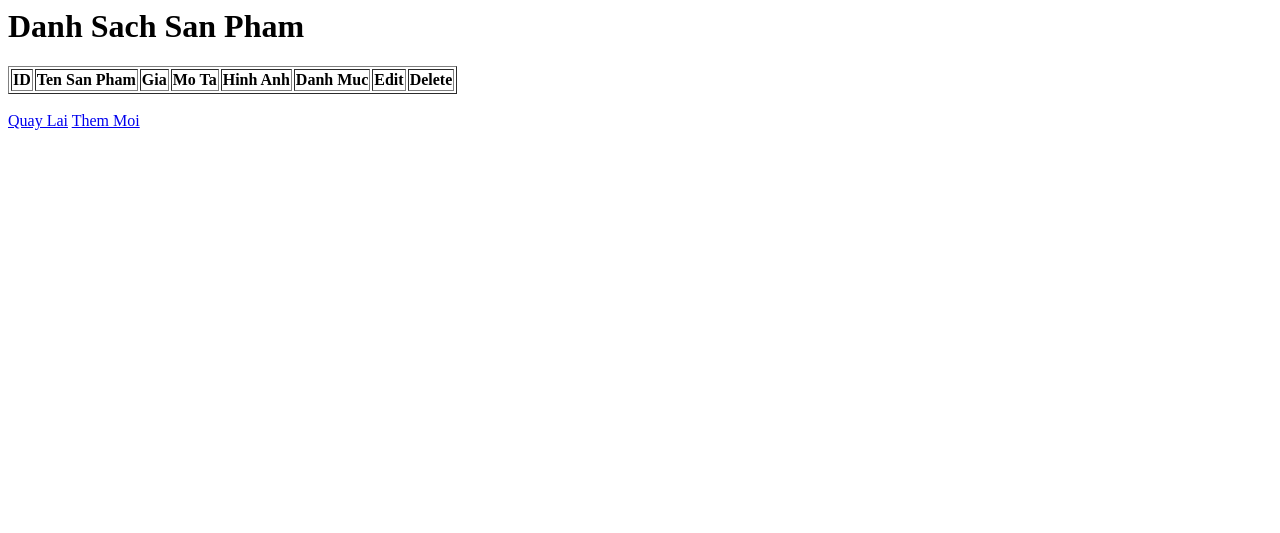
Repository: kazela2/K22CNT2_LeHoangLong_2210900037_project3
Page: http://localhost/K22CNT2-LeHoangLong-2210900037/WEB-INF/views/viewsanpham.jsp
The author's editor kept a copy of each file at every save. The page is drawn from the files as they stood at one save, then again after the next save.
The browser window is 1280 px wide. The pictures show the whole page.
The page is served by Tomcat 9. Nobody is signed in. The template is opened directly, without the code that normally fills it, so the values that code supplies are empty.

Above is the page before, as saved 2025-02-28 08:17:40.

After the next save:
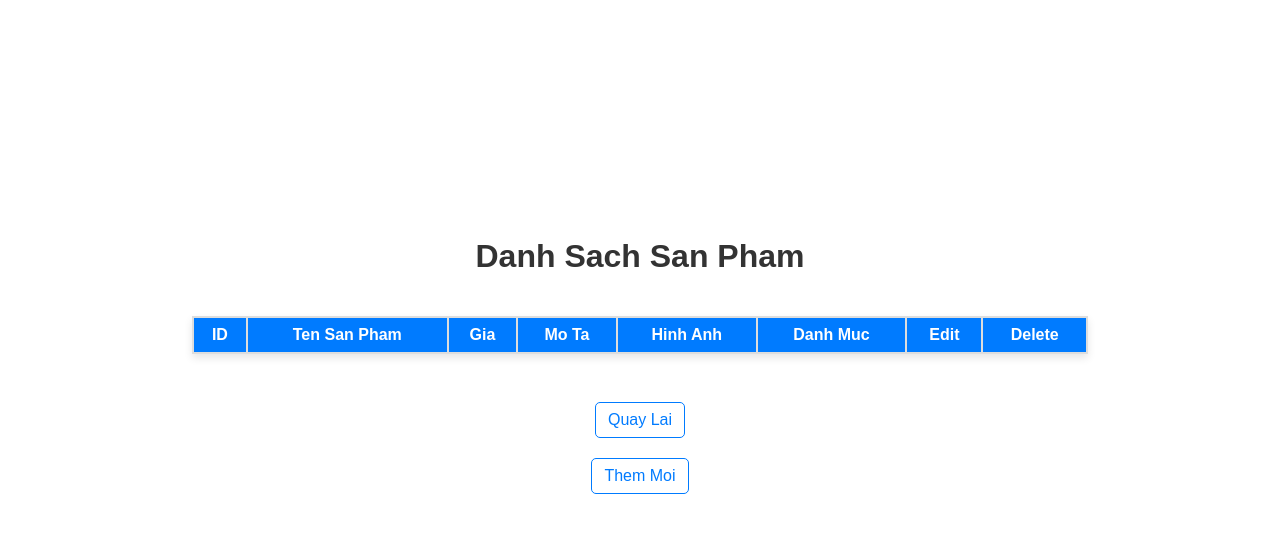
Saved 25 s later.
--- a/Eclipse/K22CNT2-LeHoangLong-2210900037/src/main/webapp/WEB-INF/views/viewsanpham.jsp
+++ b/Eclipse/K22CNT2-LeHoangLong-2210900037/src/main/webapp/WEB-INF/views/viewsanpham.jsp
@@ -1,6 +1,58 @@
 <%@ taglib uri="http://java.sun.com/jsp/jstl/core" prefix="c"%>
 <%@ taglib prefix="c" uri="http://java.sun.com/jsp/jstl/core"%>
+<style>
+        body {
+            font-family: Arial, sans-serif;
+            margin: 0;
+            padding: 0;
+            display: flex;
+            flex-direction: column;
+            justify-content: center;
+            align-items: center;
+            height: 100vh;
+            background-color: #cyan;
+        }
 
+        h1 {
+            text-align: center;
+            color: #333;
+        }
+
+        table {
+            border-collapse: collapse;
+            margin: 20px 0;
+            width: 70%;
+            background-color: white;
+            box-shadow: 0px 4px 8px rgba(0, 0, 0, 0.1);
+        }
+
+        th, td {
+            border: 2px solid #ddd;
+            padding: 8px;
+            text-align: center;
+        }
+
+        th {
+            background-color: #007BFF;
+            color: white;
+        }
+
+        a {
+            text-decoration: none;
+            color: #007BFF;
+            margin: 10px;
+            display: inline-block;
+            padding: 8px 12px;
+            border: 1px solid #007BFF;
+            border-radius: 5px;
+            transition: 0.3s;
+        }
+
+        a:hover {
+            background-color: #007BFF;
+            color: white;
+        }
+    </style>
 <body>
     <h1>Danh Sach San Pham</h1>
     <table border="1">
